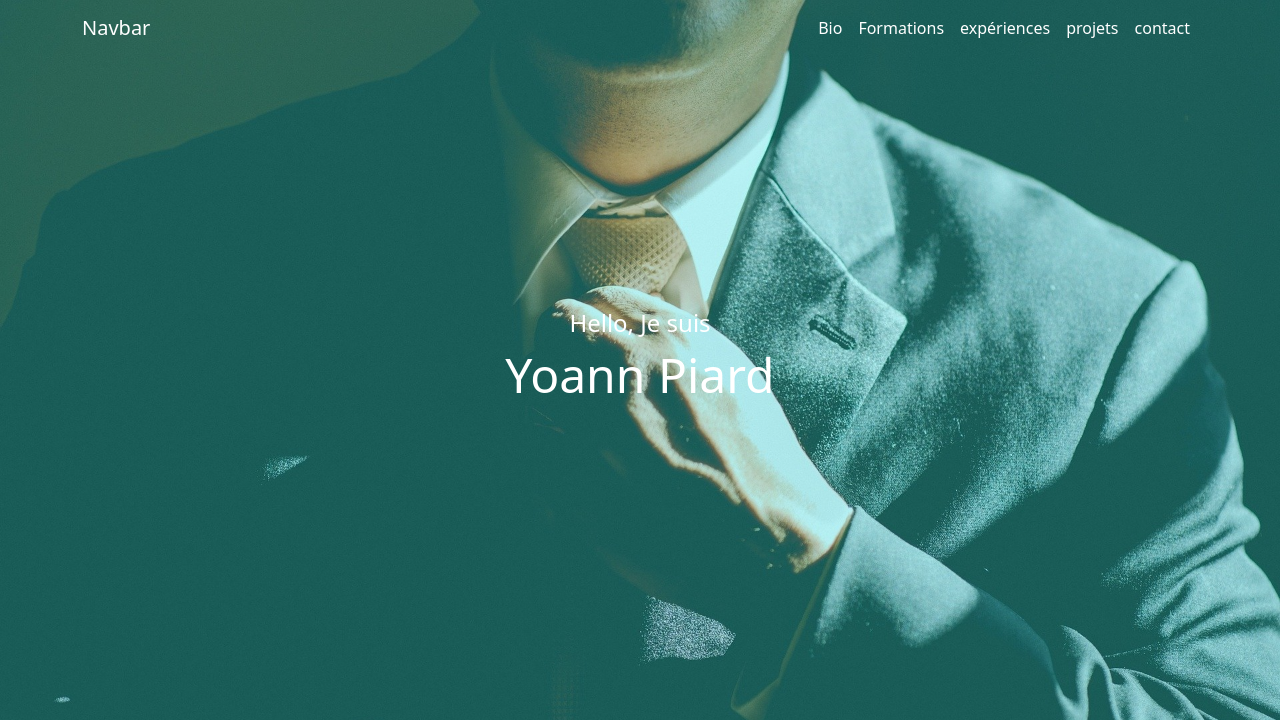
Repository: ypiard85/port-folio-bootstrap-yoann-2021
Page: index.html
These files come from the project's save history. The page is drawn as it stood at one moment and after a run of saves; the edit follows.
The browser window is 1280 px wide. The pictures show the whole page.

Above is the page before, as saved 2021-03-09 12:31:20.

### index.html
<!DOCTYPE html>
<html lang="en">
<head>
    <meta charset="UTF-8">
    <meta http-equiv="X-UA-Compatible" content="IE=edge">
    <meta name="viewport" content="width=device-width, initial-scale=1.0">
    <!-- CSS only -->
    <link rel="stylesheet" href="./resource/style.css">
<link href="https://cdn.jsdelivr.net/npm/bootstrap@5.0.0-beta2/dist/css/bootstrap.min.css" rel="stylesheet" integrity="sha384-BmbxuPwQa2lc/FVzBcNJ7UAyJxM6wuqIj61tLrc4wSX0szH/Ev+nYRRuWlolflfl" crossorigin="anonymous">
    <title>Document</title>
</head>
<body>

        <nav class="navbar position-fixed w-100 navbar-expand-lg navbar-light">
            <div class="container">
              <a class="navbar-brand" href="#">Navbar</a>
              <button class="navbar-toggler" type="button" data-bs-toggle="collapse" data-bs-target="#navbarNav" aria-controls="navbarNav" aria-expanded="false" aria-label="Toggle navigation">
                <span class="navbar-toggler-icon"></span>
              </button>
              <div class="collapse navbar-collapse" id="navbarNav">
                <ul class="navbar-nav">
                  <li class="nav-item">
                    <a class="nav-link active" aria-current="page" href="#bio">Bio</a>
                  </li>
                  <li class="nav-item">
                    <a class="nav-link" href="#formation">Formations</a>
                  </li>
                  <li class="nav-item">
                    <a class="nav-link" href="#experience">expériences</a>
                  </li>
                  <li class="nav-item">
                    <a class="nav-link" href="#projet">projets</a>
                  </li>
                  <li class="nav-item">
                    <a class="nav-link" href="#contact">contact</a>
                  </li>
                </ul>
              </div>
            </div>
          </nav>

          <header class="container-fluid flex-column
          d-flex align-items-center justify-content-center">
              <h4>Hello, Je suis</h4>
              <h1>Yoann Piard</h1>
          </header>

          <section class="about_me container">

          </section>

<!-- JavaScript Bundle with Popper -->
<script src="https://cdn.jsdelivr.net/npm/bootstrap@5.0.0-beta2/dist/js/bootstrap.bundle.min.js" integrity="sha384-b5kHyXgcpbZJO/tY9Ul7kGkf1S0CWuKcCD38l8YkeH8z8QjE0GmW1gYU5S9FOnJ0" crossorigin="anonymous"></script>
</body>
</html>

### resource/style.css
.navbar-collapse{
    flex-grow: 0!important;
}

nav a{
    color: white!important;
}

header{
    height: 100vh;
    background: gray;
    background-image: linear-gradient(90deg, rgba(0,231,249,0.2780462526807598) 100%, rgba(0,4,24,0.4405112386751575) 74%), url('./image/about-section.jpg');
    background-repeat: no-repeat;
    background-size: cover;
    background-position: top center;
    color: white;
}

header h1{
    font-weight: normal;
    font-size: 3em;
}

After the next 2 saves:
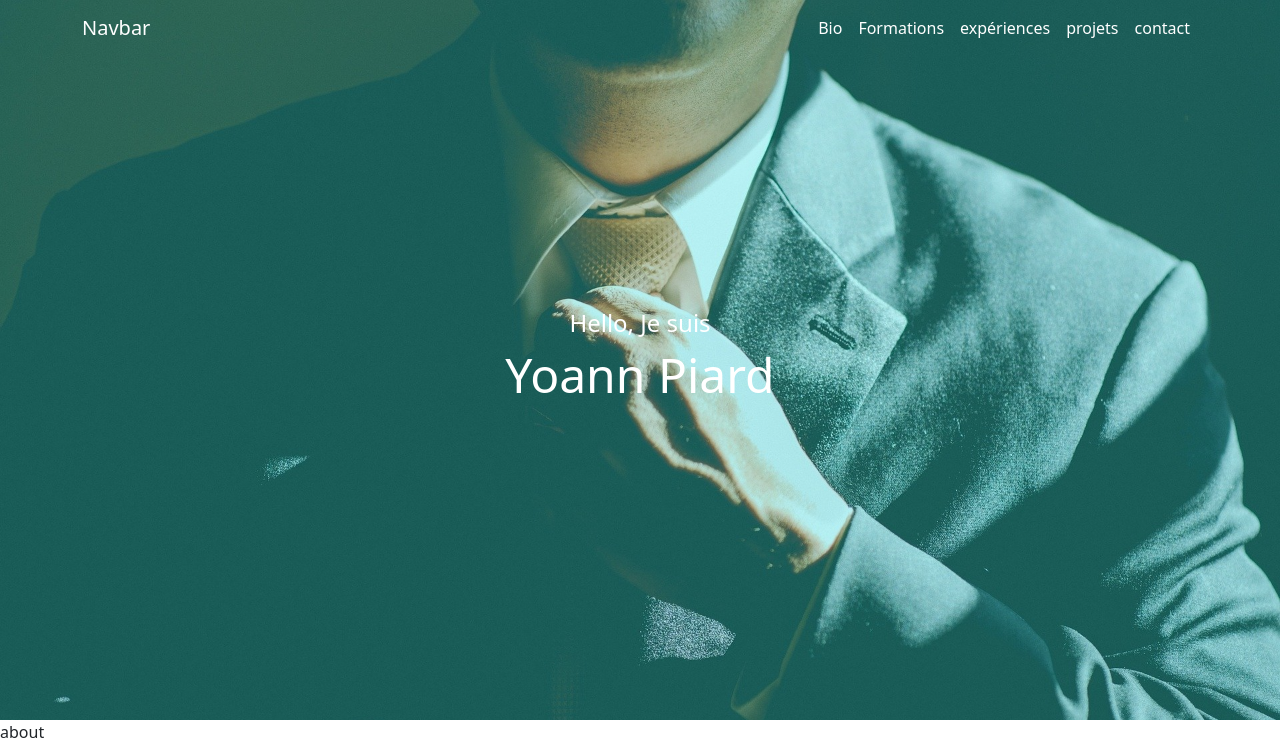
The 2 saves are shown as one change because they came seconds apart.
The last was saved 9 s later.
--- a/index.html
+++ b/index.html
@@ -45,8 +45,8 @@
               <h1>Yoann Piard</h1>
           </header>
 
-          <section class="about_me container">
-
+          <section class="about_me">
+                about
           </section>
 
 <!-- JavaScript Bundle with Popper -->
